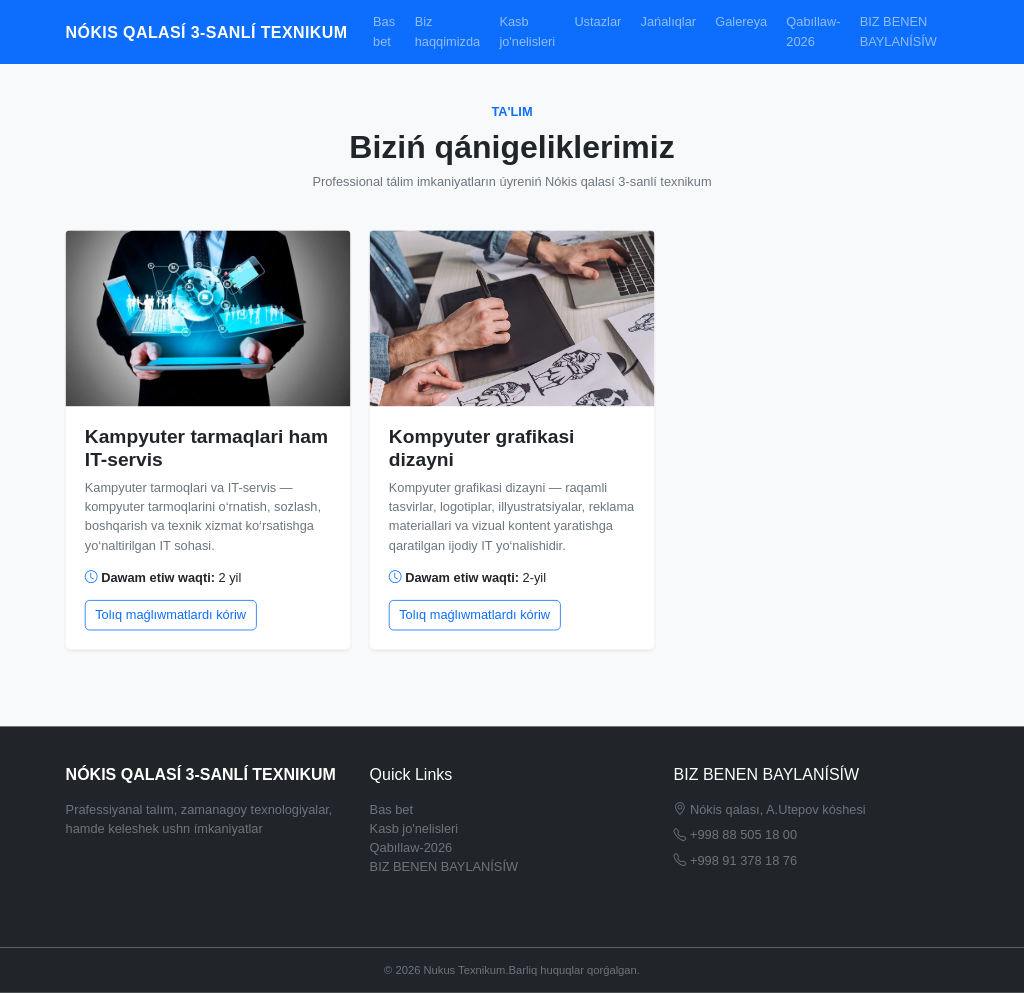
Repository: Neptunescorp/nukus_technicum
Page: http://localhost/specialties/
The author's editor kept a copy of each file at every save. The page is drawn from the files as they stood at one save, then again after the next save.
The browser window is 1280 px wide. The pictures show the whole page, at 80% of full size.
The page is served by the project's application, run on Django 5.2 (manage.py). The page reads the database file committed with the project.

Above is the page before, as saved 2026-08-19 12:25:19.

After the next save:
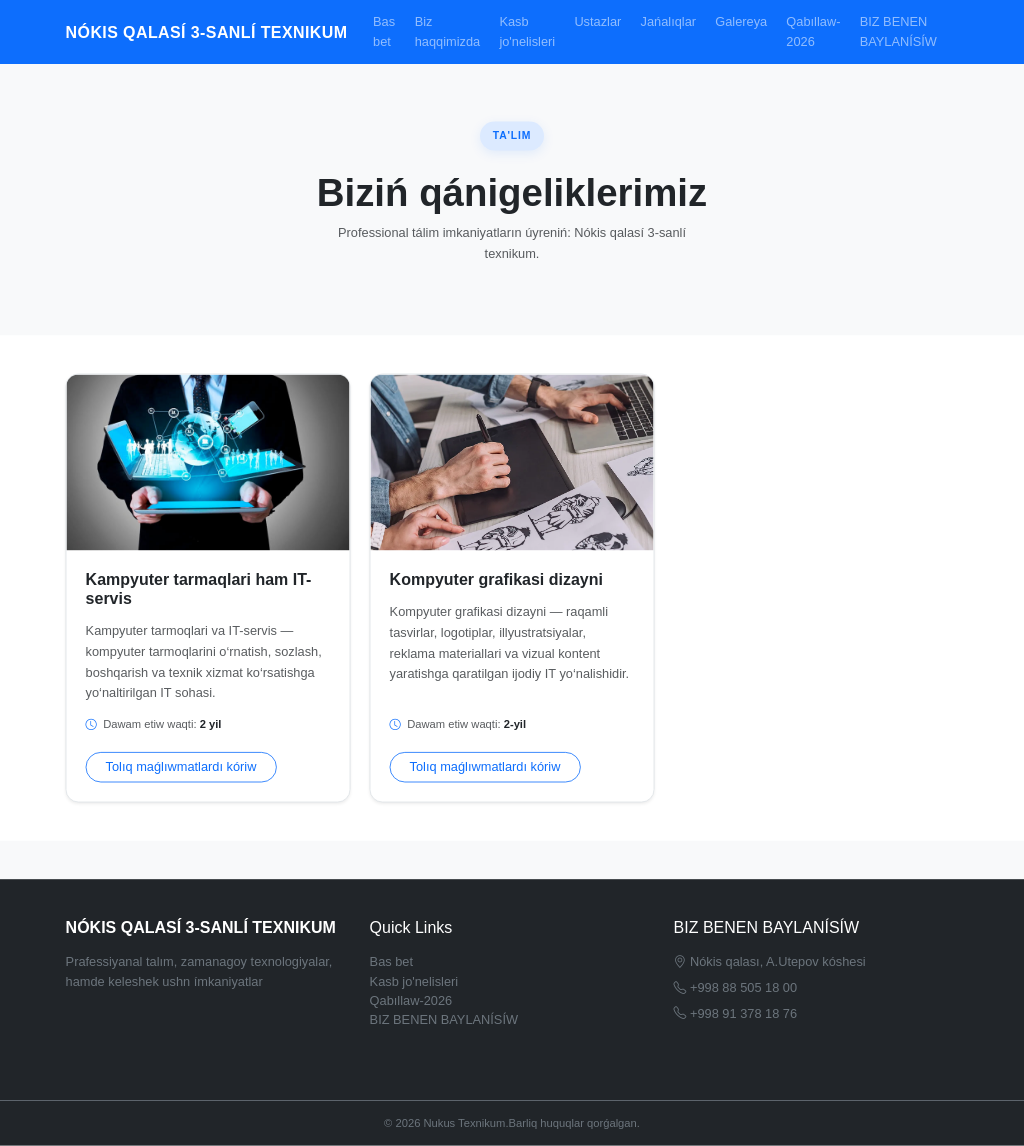
Saved 15 s later.
--- a/specialties/templates/specialties/list.html
+++ b/specialties/templates/specialties/list.html
@@ -6,134 +6,101 @@ Qánigelikler | NÓKIS QALASÍ 3-SANLÍ TEXNIKUM
 
 {% block content %}
 
-<section class="py-5">
+<!-- HERO SECTION -->
+<section class="py-5 text-center">
+    <div class="container py-4">
+        <span class="hero-badge mb-3 d-inline-block">
+            TA'LIM
+        </span>
+        <h1 class="fw-bold display-5 text-dark mt-2">
+            Biziń qánigeliklerimiz
+        </h1>
+        <p class="text-muted mx-auto" style="max-width: 500px; line-height: 1.7;">
+            Professional tálim imkaniyatların úyreniń: Nókis qalasí 3-sanlí texnikum.
+        </p>
+    </div>
+</section>
 
+<!-- SPECIALTIES GRID -->
+<section class="py-5 bg-white">
     <div class="container">
-
-        <div class="text-center mb-5">
-
-            <span class="text-primary fw-semibold">
-                TA'LIM
-            </span>
-
-            <h1 class="fw-bold mt-2">
-                Biziń qánigeliklerimiz
-            </h1>
-
-            <p class="text-secondary">
-                Professional tálim imkaniyatların úyreniń
-                Nókis qalasí 3-sanlí texnikum
-            </p>
-
-        </div>
-
-
         <div class="row g-4">
 
             {% for specialty in specialties %}
-
             <div class="col-md-6 col-lg-4">
-
-                <div class="card h-100 border-0 shadow-sm">
+                <div class="h-100 border rounded-4 shadow-sm bg-white overflow-hidden d-flex flex-column">
 
                     {% if specialty.image %}
-
-                    <img
-                        src="{{ specialty.image.url }}"
-                        class="card-img-top"
-                        alt="{{ specialty.name }}"
-                        style="height:220px; object-fit:cover;"
-                    >
-
+                    <div class="overflow-hidden" style="height: 220px;">
+                        <img
+                            src="{{ specialty.image.url }}"
+                            class="w-100 h-100"
+                            alt="{{ specialty.name }}"
+                            style="object-fit: cover; transition: transform 0.5s ease;"
+                        >
+                    </div>
                     {% else %}
-
                     <div
                         class="d-flex align-items-center justify-content-center bg-light"
-                        style="height:220px;"
+                        style="height: 220px;"
                     >
                         <i
-                            class="bi bi-mortarboard text-primary"
-                            style="font-size:70px;"
+                            class="bi bi-mortarboard text-primary display-2"
                         ></i>
                     </div>
-
                     {% endif %}
 
+                    <div class="card-body p-4 d-flex flex-column flex-grow-1">
 
-                    <div class="card-body p-4">
-
-                        <h4 class="fw-bold">
+                        <h4 class="fw-bold fs-5 text-dark mb-3">
                             {{ specialty.name }}
                         </h4>
 
                         {% if specialty.short_description %}
-
-                        <p class="text-secondary">
-                            {{ specialty.short_description }}
+                        <p class="text-muted flex-grow-1" style="line-height: 1.6;">
+                            {{ specialty.short_description|truncatewords:20 }}
                         </p>
-
                         {% endif %}
 
-
                         {% if specialty.duration %}
-
-                        <p class="mb-3">
-
-                            <i class="bi bi-clock text-primary"></i>
-
-                            <strong>
-                                Dawam etiw waqti:
-                            </strong>
-
-                            {{ specialty.duration }}
-
-                        </p>
-
+                        <div class="small text-muted mb-3 d-flex align-items-center">
+                            <i class="bi bi-clock text-primary me-2"></i>
+                            <span>Dawam etiw waqti: <strong class="text-dark">{{ specialty.duration }}</strong></span>
+                        </div>
                         {% endif %}
 
-
-                        <a
-                            href="{% url 'specialty_detail' specialty.pk %}"
-                            class="btn btn-outline-primary"
-                        >
-                            Tolıq maǵlıwmatlardı kóriw
-                        </a>
+                        <div class="mt-2">
+                            <a
+                                href="{% url 'specialty_detail' specialty.pk %}"
+                                class="btn btn-outline-primary rounded-pill px-4"
+                            >
+                                Tolıq maǵlıwmatlardı kóriw
+                            </a>
+                        </div>
 
                     </div>
 
                 </div>
-
             </div>
-
             {% empty %}
-
             <div class="col-12">
-
-                <div class="text-center py-5">
-
+                <div class="text-center py-5 border rounded-4 bg-light shadow-sm">
                     <i
                         class="bi bi-info-circle text-primary"
-                        style="font-size:50px;"
+                        style="font-size: 60px;"
                     ></i>
-
-                    <h4 class="mt-3">
+                    <h4 class="mt-3 text-dark fw-bold">
                         Házirshe hesh qanday qánigelikler joq
                     </h4>
-
-                    <p class="text-secondary">
+                    <p class="text-muted">
                         Qánigelikler haqqındaǵı maǵlıwmatlar tez arada daǵaza etiledi.
                     </p>
-
                 </div>
-
             </div>
-
             {% endfor %}
 
         </div>
-
     </div>
-
 </section>
 
 {% endblock %}
